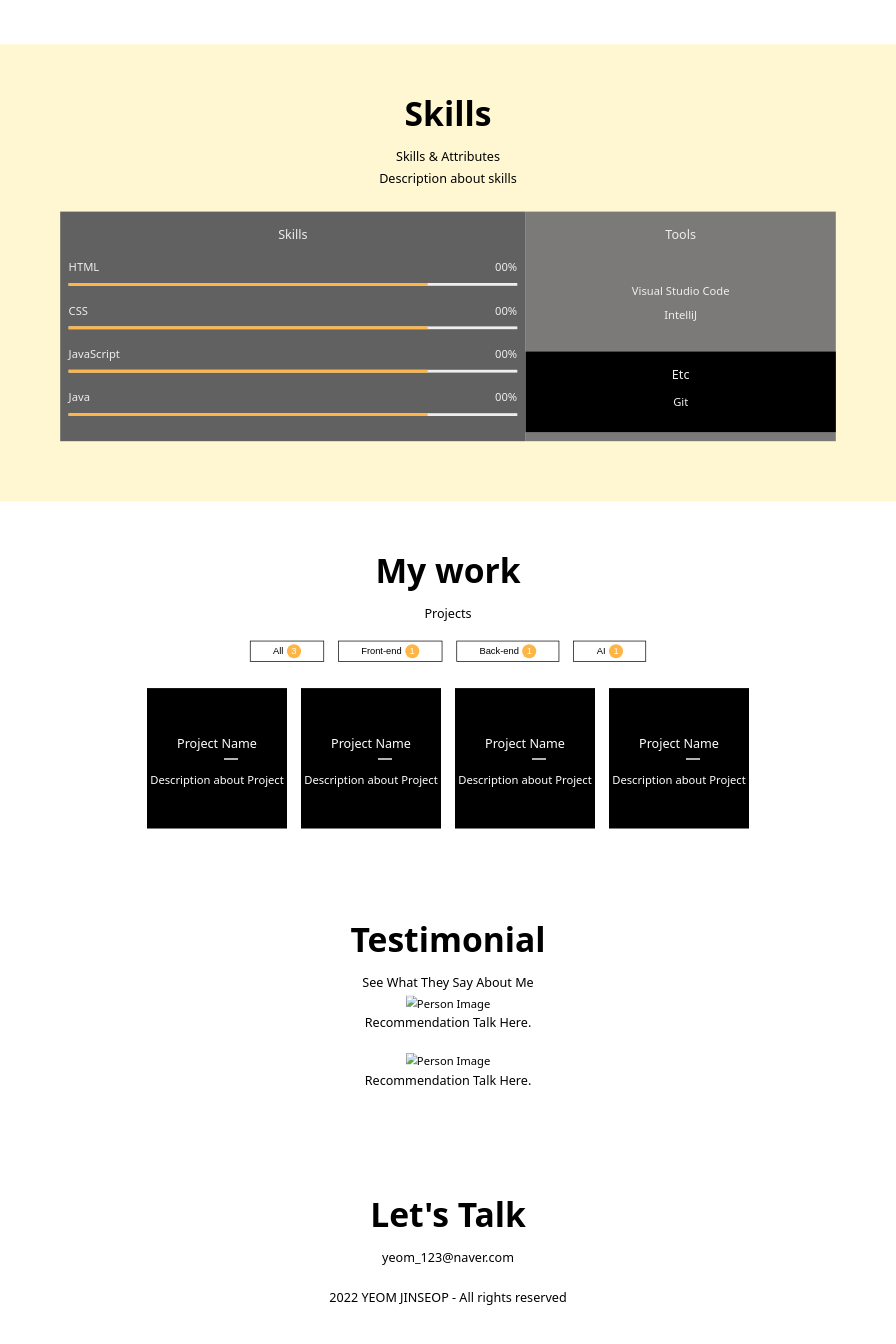
Repository: YEOMJINSEOP/yeomjinseop.github.io
Page: index.html
The author's editor kept a copy of each file at every save. The page is drawn from the files as they stood at one save, then again after the next save.
The browser window is 1280 px wide. The pictures show the part of the page from y = 1245 to 3165 px (the page is 3165 px tall), at 70% of full size.
Some web libraries are served in a nearby version.

Above is the page before, as saved 2022-08-14 18:00:57.

### index.html
<!DOCTYPE html>
<html lang="en">
<head>
  <meta charset="UTF-8">
  <meta http-equiv="X-UA-Compatible" content="IE=edge">
  <meta name="viewport" content="width=device-width, initial-scale=1.0">
  <title>Jinseop's Portfolio</title>
  <meta name="author" content="Jinseop Yeom">
  <meta name="description" content="Portfolio Website For Jinseop Yeom">

  <!--Logo Image-->
  <link rel="icon" type="image/png" href="images/favicon.png">


  <!--Font Awesome-->
  <script src="https://kit.fontawesome.com/d24b25bb21.js" crossorigin="anonymous"></script>

  <!--Google Fonts-->
  <link rel="preconnect" href="https://fonts.googleapis.com">
  <link rel="preconnect" href="https://fonts.gstatic.com" crossorigin>
  <link href="https://fonts.googleapis.com/css2?family=Open+Sans:wght@400;600;700&display=swap" rel="stylesheet">

  <!--CSS-->
  <link rel="stylesheet" href="style.css">

  <!--JavaScript-->
  <script src="main.js" defer></script>

</head>
<body>
  <!--Navbar-->
  <nav id="navbar">
    <div class="navbar__logo">
      <i class="fa-solid fa-utensils"></i>
      <a href="#">Yeom JinSeop</a>
    </div>
    <div>
      <ul class="navbar__menu">
        <li class="navbar__menu__item active">Home</li>
        <li class="navbar__menu__item">About</li>
        <li class="navbar__menu__item">Skill</li>
        <li class="navbar__menu__item">My work</li>
        <li class="navbar__menu__item">Testimonial</li>
        <li class="navbar__menu__item">Contact</li>
      </ul>
    </div>
  </nav>

  <!-- Home -->
  <section id="home" class="section">
    <img src="/images/whileimage.png" alt="Jinseop's image" class="home__avatar">
    <h1 class="home__title">Welcome! <br/> Jinseop's Portfolio</h1>
    <h3 class="home__description">Type Home Description Here.</h3>
    <button class="home__button">Contact Me</button>
  </section>

  <!--About-->
  <section id="about" class="section">
    <div class="section__container">
      <h1>About me</h1>
      <p>Wrtie about me here.</p>

      <div class="about__majors">
        <div class="about__majors">
        <div class="major">
          <div class="major__icon">
            <i class="fa-brands fa-html5"></i>
          </div>
          <div class="major__title">
            Front-end
          </div>
          <div class="major__description">
            description about Front-end
          </div>
        </div>

        <div class="major">
          <div class="major__icon">
            <i class="fa-solid fa-server"></i>
          </div>
          <div class="major__title">
            Back-end
          </div>
          <div class="major__description">
            description about Back-end
          </div>
        </div>


        <div class="major">
          <div class="major__icon">
            <i class="fa-brands fa-python"></i>
          </div>
          <div class="major__title">
            AI
          </div>
          <div class="major__description">
            description about AI
          </div>
        </div>
      </div>
    </div>

      <div class="about__jobs">
        <div class="job">
          <img src="" alt="job logo" class="job__logo">
          <div class="job__info">
            <p class="job__name">job name1</p>
            <p class="job__description">job description1</p>
          </div>
        </div>
        <div class="job">
          <img src="" alt="job logo" class="job__logo">
          <div class="job__info">
            <p class="job__name">job name1</p>
            <p class="job__description">job description1</p>
          </div>
        </div>
      </div>
    </div>
  </section>

  <!--Skills-->
  <section id="skills" class="section">
    <div class="section__container">
      <h1>Skills</h1>
    <h3>Skills & Attributes</h3>
    <p>Description about skills</p>
    <div class="skillset">
      <div class="skillset__left">
        <h3 class="skillset__title">Skills</h3>
        <div class="skill">
          <div class="skill__description">
            <span>HTML</span>
            <span>00%</span>
          </div>

          <div class="skill__bar">
            <div class="skill__value"></div>
          </div>
        </div>

        <div class="skill">
          <div class="skill__description">
            <span>CSS</span>
            <span>00%</span>
          </div>

          <div class="skill__bar">
            <div class="skill__value"></div>
          </div>

          <div class="skill">
            <div class="skill__description">
              <span>JavaScript</span>
              <span>00%</span>
            </div>

            <div class="skill__bar">
              <div class="skill__value"></div>
            </div>
          </div>
        </div>

        <div class="skill">
          <div class="skill__description">
            <span>Java</span>
            <span>00%</span>
          </div>

          <div class="skill__bar">
            <div class="skill__value"></div>
          </div>
        </div>
      </div>

      <div class="skillset__right">
        <div class="tools">
          <h3 class="skillset__title">Tools</h3>
          <ul class="tools__list">
            <li><span>Visual Studio Code</span></li>
            <li><span>IntelliJ</span></li>
          </ul>
        </div>

        <div class="etc">
          <h3 class="skillset__title">Etc</h3>
          <ul class="etc__list">
            <li><span>Git</span></li>
          </ul>
        </div>
      </div>
    </div>
    </div>
  </section>

  <!--Work-->
  <section id="work" class="section">
    <h1>My work</h1>
    <h3>Projects</h3>
    <div class="work__categories">
      <button class="category__btn">All<span class="category__count">3</span></button>
      <button class="category__btn">Front-end<span class="category__count">1</span></button>
      <button class="category__btn">Back-end<span class="category__count">1</span></button>
      <button class="category__btn">AI<span class="category__count">1</span></button>
    </div>

    <div class="work__projects">
      <a href="#" class="project" target="blank">
        <img src="images/whileimage.png" alt="project image" class="project__image">
        <div class="project__description">
          <h3>Project Name</h3>
          <span>Description about Project</span>
        </div>
      </a>

      <a href="#" class="project" target="blank">
        <img src="images/whileimage.png" alt="project image" class="project__image">
        <div class="project__description">
          <h3>Project Name</h3>
          <span>Description about Project</span>
        </div>
      </a>

      <a href="#" class="project" target="blank">
        <img src="images/whileimage.png" alt="project image" class="project__image">
        <div class="project__description">
          <h3>Project Name</h3>
          <span>Description about Project</span>
        </div>
      </a>

      <a href="#" class="project" target="blank">
        <img src="images/whileimage.png" alt="project image" class="project__image">
        <div class="project__description">
          <h3>Project Name</h3>
          <span>Description about Project</span>
        </div>
      </a>
    </div>
  </section>

  <!--Testimonial-->
  <section id="testimonial" class="section">
    <h1>Testimonial</h1>
    <h3>See What They Say About Me</h3>
    <div class="testimonials">
      <div class="testimonial">
        <img src="" alt="Person Image" class="testimonial__avatar">
        <div class="testimonial__speech_bubble">
          <p>Recommendation Talk Here.</p>
          <p class="name"><a href="#">Professor A</a></p>
        </div>
      </div>

      <div class="testimonial">
        <img src="" alt="Person Image" class="testimonial__avatar">
        <div class="testimonial__speech_bubble">
          <p>Recommendation Talk Here.</p>
          <p class="name"><a href="#">Professor A</a></p>
        </div>
      </div>
    </div>
  </section>

  <!--Contact-->
  <section id="contact" class="section">
    <h1>Let's Talk</h1>
    <h3>yeom_123@naver.com</h3>
    <div class="contact_links">
      <a href="#" target="blank">
        <i class = "fab fa-github"></i>
      </a>

      <a href="#" target="blank">
        <i class = "fa fa-linkedin-square"></i>
      </a>
    </div>
    <p class="contact_rights">
      2022 YEOM JINSEOP - All rights reserved
    </p>
  </section>
</body>
</html>

### style.css
 /* Global */

 :root{
  /* Color */
  --color-white: #ffffff;
  --color-light-white: #eeeeee;
  --color-dark-whtie: #bdbdbd;
  --color-pink: #fe918d;
  --color-dark-pink: #ff6863;
  --color-black: #4d4d4d;
  --color-grey: #616161;
  --color-light-gray: #7c7979;
  --color-blue: #73aace;
  --color-yellow: #fff7d1;
  --color-orange: #feb546;
  --color-black: #000000;

  /* Font size */
  --font-large: 48px;
  --font-medium: 28px;
  --font-regular: 18px;
  --font-small: 16px;
  --font-micro: 14px;


  /* Font Weight */
  --weight-bold: 700;
  --weight-semi-bold: 600;
  --weight-regular: 400;

  /* Size */
  --size-border-radius: 4px;

  /* Animation */
  --animation-duration: 300ms;

 }

 /* Universal tages */
 * {
  box-sizing: border-box;
 }

 body{
  margin: 0;
  font-family:system-ui, -apple-system, BlinkMacSystemFont, 'Segoe UI', Roboto, Oxygen, Ubuntu, Cantarell, 'Open Sans', 'Helvetica Neue', sans-serif;
  cursor: default;
}

 a{
  text-decoration: none;
  color: var(--color-white);
 }

 ul{
  list-style: none;
  padding-left: 0;
 }

 button{
  background-color: transparent;
  border: none;
  cursor: pointer;
 }



 /* Typography */

 h1{
  font-size: var(--font-large);
  font-weight: var(--weight-bold);
  color: var(--color-black);
  margin: 16px 0;
 }

 h2{
  font-size: var(--font-medium);
  font-weight: var(--weight-semi-bold);
  color: var(--color-black);
  margin: 8px 0;
 }

 h3{
  font-size: var(--font-regular);
  font-weight: var(--weight-regular);
  color: var(--color-black);
  margin: 8px 0;
 }

 p{
  font-size: var(--font-regular);
  font-weight:  var(--font-regular);
  color: var(--color-black);
  margin: 4px 0;
 }

 /* Body  */

 /* Nav */
 #navbar{
  display: flex;
  justify-content: space-between;
  align-items: center;
  background-color: var(--color-pink);
  color: var(--color-white);
  padding: 16px;
 }

 .navbar__logo{
  font-size: var(--font-medium);
  font-weight: var(--weight-semi-bold);
  padding: 8px 12px;
 }

 .navbar__menu{
  display: flex;
  font-size: var(--font-small);
  font-weight: var(--weight-regular);
 }

 .navbar__menu__item.active{
  border: 1px solid white;
 }

 .navbar__menu__item{
  padding: 8px 12px;
  margin: 0 4px;
  border-radius: var(--size-border-radius);
  cursor: pointer;
 }

 .navbar__menu__item:hover{
  background-color: var(--color-dark-pink);
 }

 /* Home */

 #home{
  background-color: var(--color-dark-pink);
  background-position: center;
  background-repeat: no-repeat;
  background-size: cover;
  padding: 40px;
  text-align: center;
 }

 .home__avatar{
  border: 2px solid var(--color-white);
  border-radius: 50%;
  width: 200px;
  height: 200px;
 }

 .home__title,
 .home__description{
  font-size: var(--font-medium);
  color: var(--color-white);
  padding: 4px;
 }

 .home__button{
  border: 1px solid var(--color-white);
  padding: 8px 12px;
  margin-top: 8px;
  color: var(--color-white);
 }

.home__button:hover{
  background-color: var(--color-dark-pink);
}

/* Section Common */
.section{
  padding: 50px;
  text-align: center;
}

.section__contatiner{
  max-width: 1200px;
}

/* About */

.about__majors{
  display: flex;
  justify-content: center;
  margin: 8px 12px;
  padding: 12px;
}

.major{
  margin: 8px 24px;
}

.major__icon{
  height: 200px;
  width: 200px;
  font-size: 100px;
  line-height: 200px;
  border: 2px solid var(--color-blue);
  border-radius: 50%;
  color: var(--color-blue);
  margin: 8px 12px;
  transition: all var(--animation-duration) linear;
}

.major__icon:hover{
  color: var(--color-orange);
  border-color: var(--color-orange);
}

.major__icon:hover i{
  transform: scale(120%);
}


.major__title {
  font-size: var(--font-regular);
  font-weight: var(--weight-semi-bold);
  color:var(--color-grey);
  margin: 8px;;
}

.major__description{
  font-size: var(--font-small);
  color: var(--color-grey);
}

.about__jobs{
  margin: 12px 0;
}

.job{
  display: flex;
  align-items: center;
}

.job__logo{
  padding: 8px;
  margin: 4px 12px;
}

.job__name{
  font-size: var(--font-small);
}

.job__description{
  font-size: var(--font-micro);
}

/* Skill */

#skills{
  background-color: var(--color-yellow);
}
.skillset{
  display: flex;
  justify-content: center;
  margin: 12px 12px;
  padding: 24px;
  color: var(--color-light-white);
}

.skillset__left{
  padding: 12px;
  flex-basis: 60%;
  background-color: var(--color-grey);
}

.skill{
  margin: 24px 0;
}

.skill__description{
  display: flex;
  justify-content: space-between;
}

.skillset__title{
  color: var(--color-light-white);
  margin: 8px 0;
}

.skill__bar{
  width: 100%;
  height: 4px;
  background-color: var(--color-light-white);
  margin: 12px 0;
}

.skill__value{
  width: 80%;
  /* width는 html에 style로 넣어서 각각 지정하기! */
  height: 4px;
  background-color: var(--color-orange);
}


.skillset__right{
  flex-basis:40%;
  background-color: var(--color-light-gray);
}

.tools{
  padding: 12px;
  height:200px;
}

.tools__list{
  padding: 30px 0;
}

.tools__list li{
  margin: 12px;
}


.etc{
  background-color: var(--color-black);
  height: 115px;
  padding: 12px;
}

/* Work */

.work__categories{
  margin: 24px 0 ;
}

.category__btn{
  border: 1px solid var(--color-black);
  background-color: var(--color-white);
  padding: 4px 32px;
  margin: 4px 8px;
}

.category__count{
  width:  20px;
  height: 20px;
  line-height: 20px;
  color: var(--color-white);
  margin-left: 5px;
  background-color: var(--color-orange);
  display: inline-block;
  border-radius: 50%;
}

.work__projects{
  display: flex;
  flex-wrap: wrap;
  justify-content: center;
  align-items: center;
}

.project__image{
  width: 100%;
  height: 100%;
}

.project{
  position: relative;
  width: 200px;
  height: 200px;
  margin: 10px;
}

.project__description{
  position: absolute;
  top:0px;
  left:0px;
  background-color: var(--color-black);
  width: 100%;
  height: 100%;
  display: flex;
  flex-direction: column;
  justify-content: center;
}

.project__description h3{
  color: var(--color-white);
}

.project__description h3:after{
  content: " ";
  display: block;
  position: relative;
  left: 50%;
  width: 20px;
  height: 2px;
  margin-left: -30px;
  margin: 10px;
  background-color: var(--color-white);
}

Loaded but not shown: main.js (no copy from this time; the picture is the same without it)

After the next save:
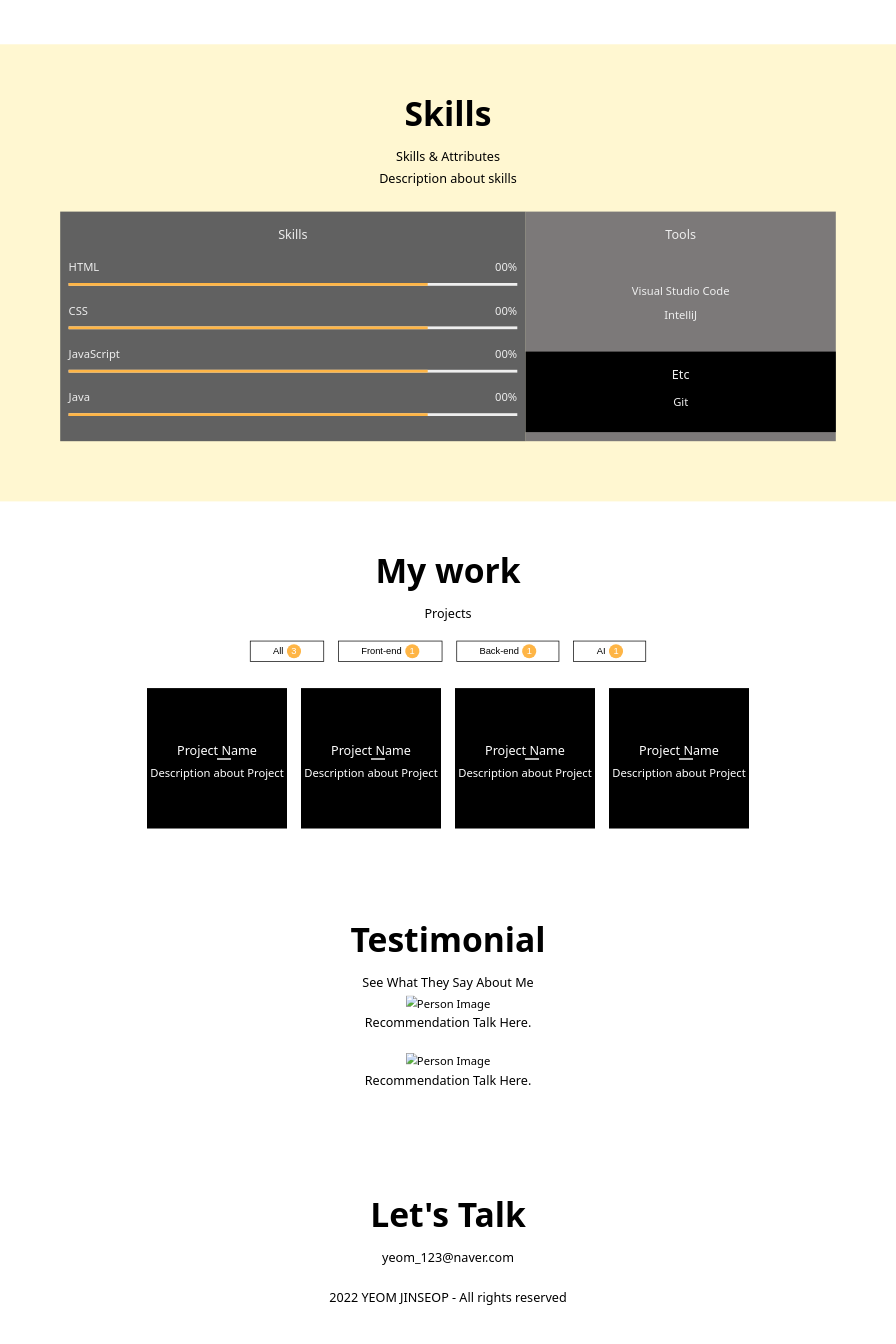
Saved 10 s later.
--- a/style.css
+++ b/style.css
@@ -388,7 +388,5 @@
   left: 50%;
   width: 20px;
   height: 2px;
-  margin-left: -30px;
-  margin: 10px;
   background-color: var(--color-white);
 }
